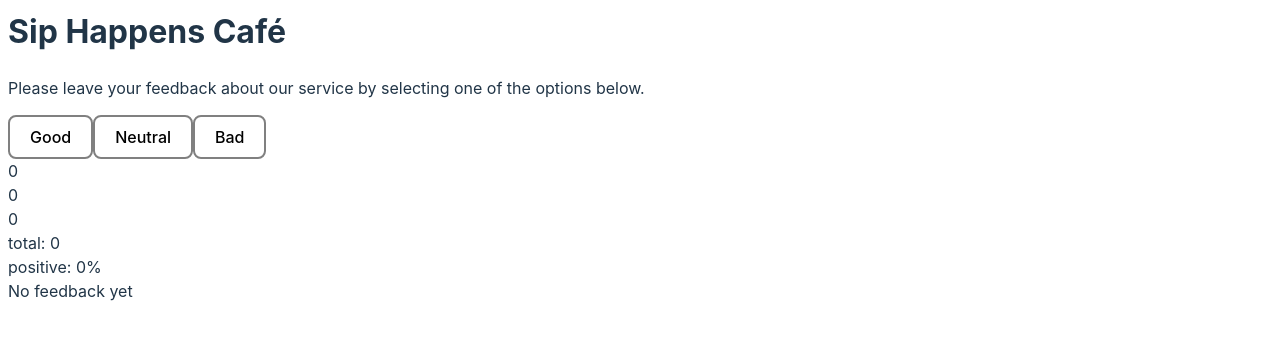
Repository: Evgeniya-Tishakova/goit-react-hw-02
Page: /
The author's editor kept a copy of each file at every save. The page is drawn from the files as they stood at one save, then again after the next save.
The browser window is 1280 px wide. The pictures show the whole page.
The project was rebuilt for these pictures with package versions that can differ from the ones it lists, and the page was loaded fresh each time. Also part of the build but not shown: vite.config.js, src/components/Feedback/Feedback.module.css.

Above is the page before, as saved 2025-02-28 16:24:34.

After the next save:
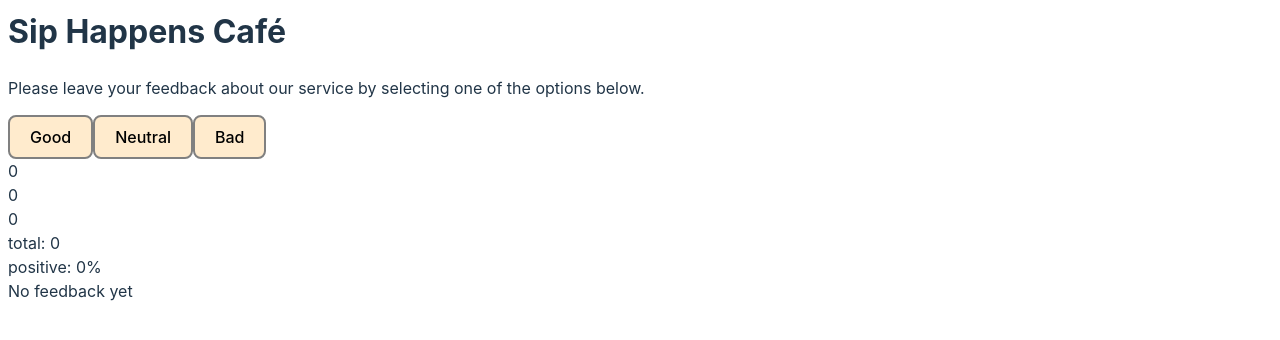
Saved 11 s later.
--- a/src/components/Options/Options.module.css
+++ b/src/components/Options/Options.module.css
@@ -1,4 +1,5 @@
 .button {
     border: 2px solid grey;
     padding: 10px 20px;
+    background-color: blanchedalmond;
 }
